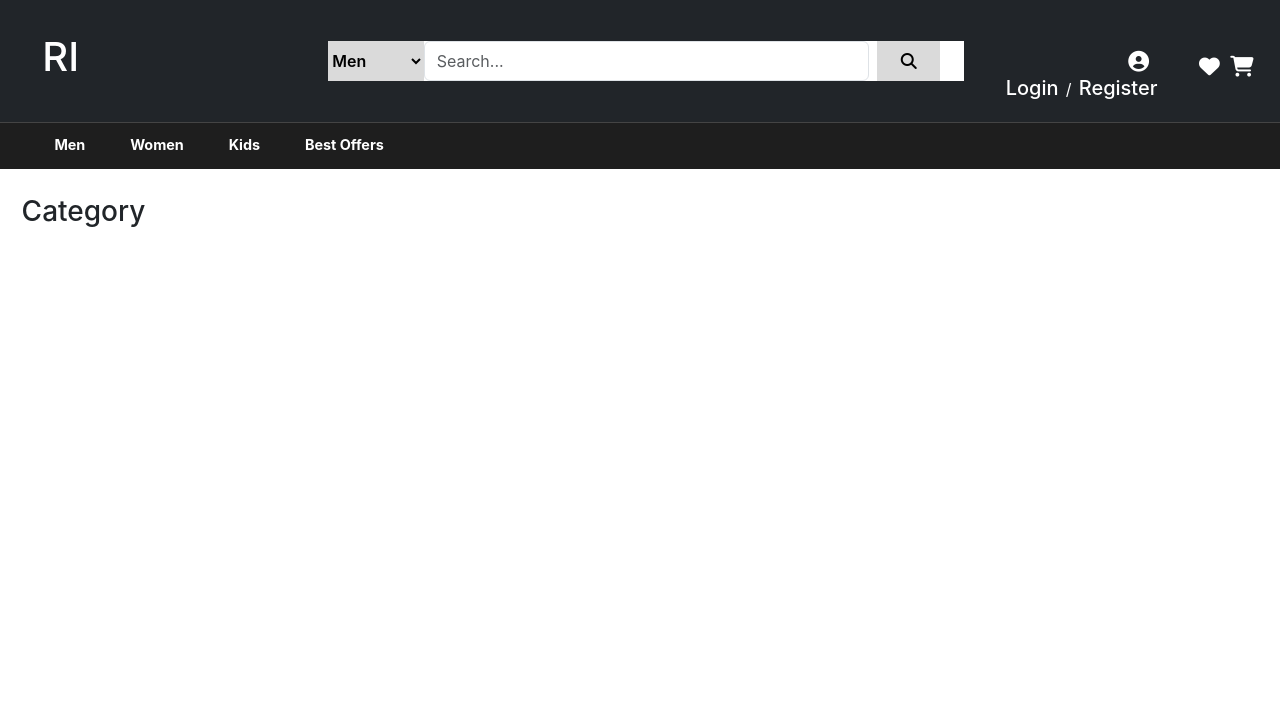
Repository: KodandaraoChellapilli/e-store
Page: /
These files come from the project's save history. The page is drawn as it stood at one moment and after the next save; the edit follows.
The browser window is 1280 px wide. The pictures show the whole page.
The project was rebuilt for these pictures with package versions that can differ from the ones it lists, and the page was loaded fresh each time. Also part of the build but not shown: src/App.css.

Above is the page before, as saved 2025-06-09 14:40:13.

After the next save:
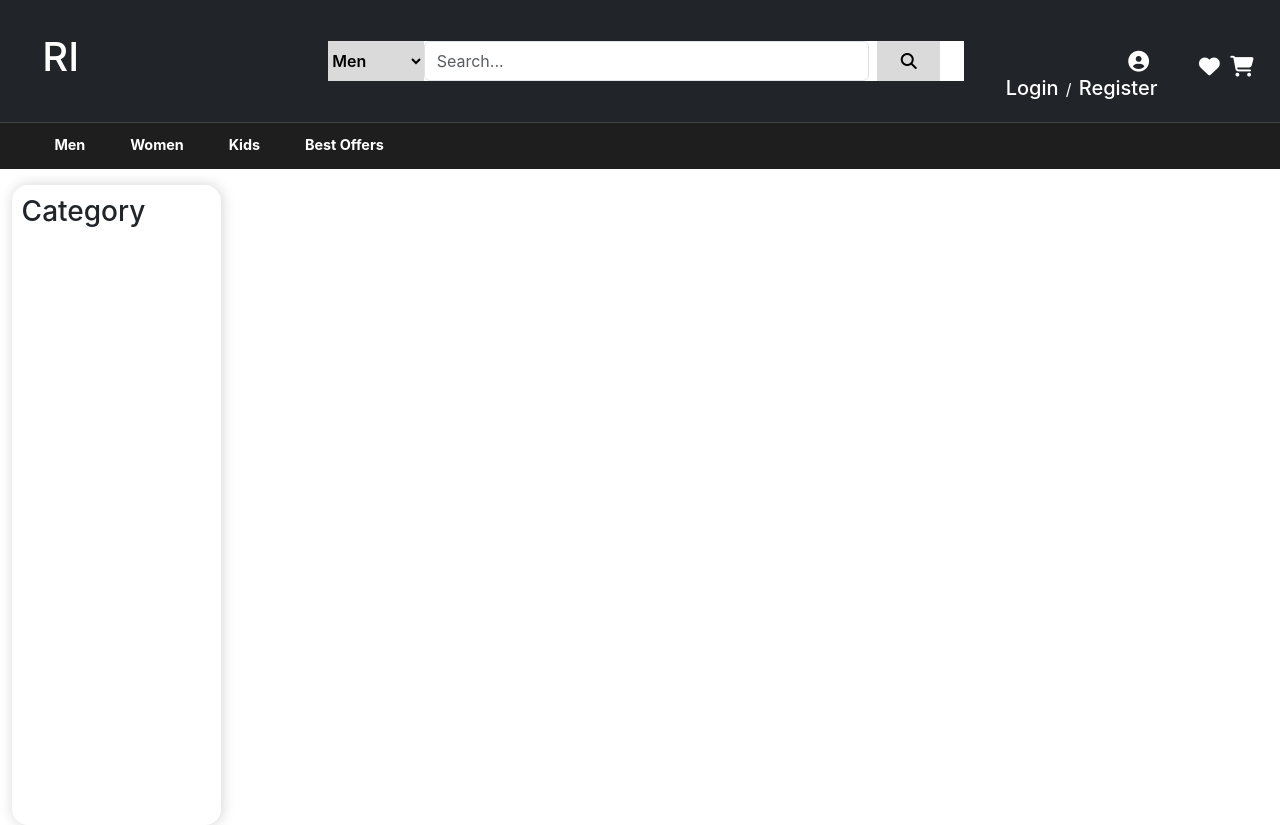
Saved 48 s later.
--- a/src/Components/SideNav/_side-nav.scss
+++ b/src/Components/SideNav/_side-nav.scss
@@ -1,5 +1,7 @@
 .side-nav{
     margin-top: 1em;
     padding: 0.6em;
-    box-shadow: 1px;
+    box-shadow: 1px 0px 14px 0px lightgray;
+    height: 40em;
+    border-radius: 1em
 }
